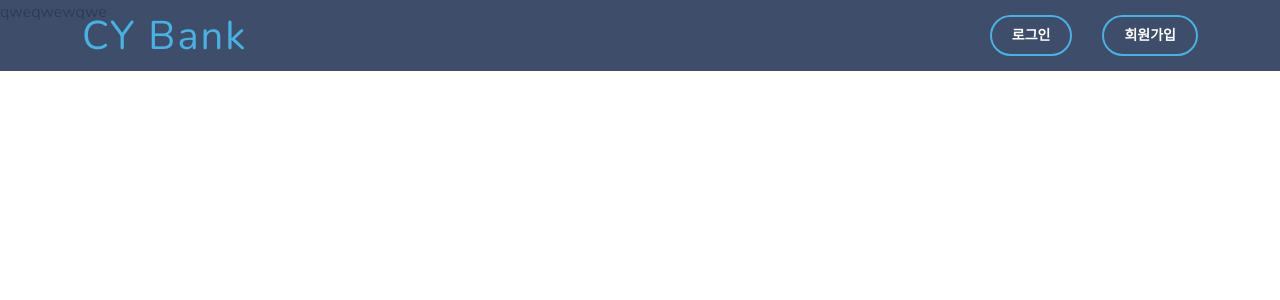
Repository: scy0814/Spring
Page: http://localhost/CYBank/jsp/reply/Reply.jsp
The author's editor kept a copy of each file at every save. The page is drawn from the files as they stood at one save, then again after the next save.
The browser window is 1280 px wide. The pictures show the whole page.
The page is served by Tomcat 9.

Above is the page before, as saved 2023-07-01 06:49:48.

After the next save:
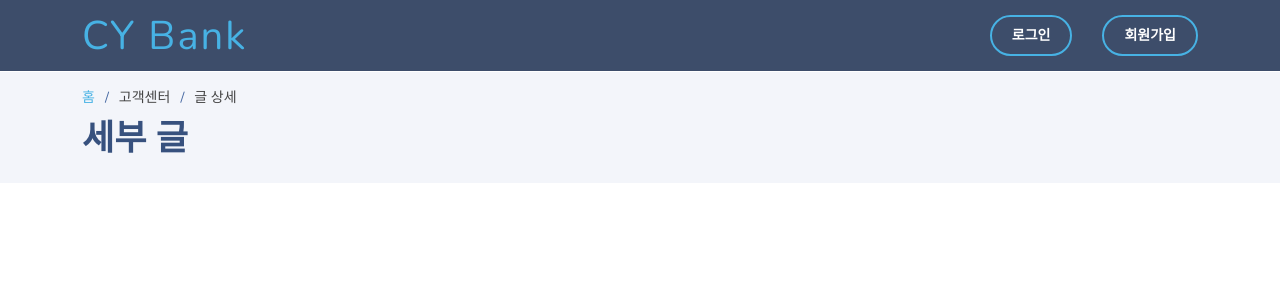
Saved 18 s later.
--- a/CYBank/src/main/webapp/jsp/reply/Reply.jsp
+++ b/CYBank/src/main/webapp/jsp/reply/Reply.jsp
@@ -10,6 +10,23 @@
 <jsp:include page="/jsp/include/header.jsp" />
 </header>
 <body>
-qweqwewqwe
+<section id="breadcrumbs" class="breadcrumbs">
+  <div class="container">
+    <ol>
+      <li><a href="/index.jsp">홈</a></li>
+      <li>고객센터</li>
+      <li>글 상세</li>
+    </ol>
+    <h2 style="font-size: 35px;">세부 글</h2>
+  </div>
+</section><!-- End Breadcrumbs -->
+  <section class="inner-page">
+    <div class="container">
+
+
+
+
+    </div>
+    </section>
 </body>
 </html>
